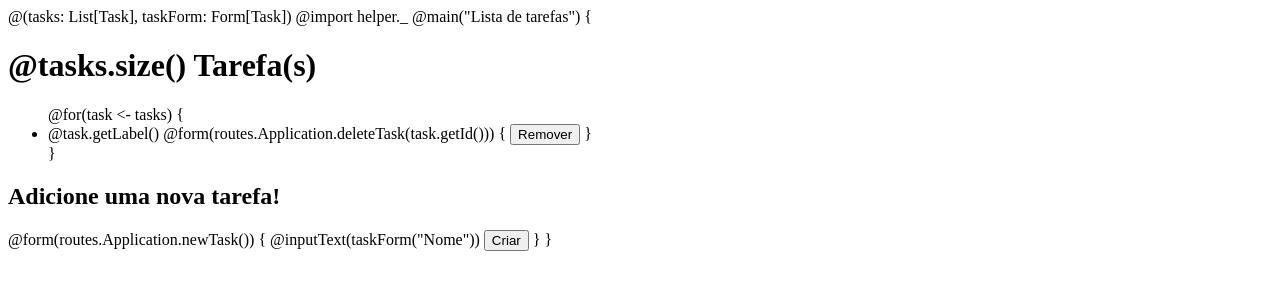
Repository: lcavalcante/si1
Page: lab2/.target/views/index.scala.html
The author's editor kept a copy of each file at every save. The page is drawn from the files as they stood at one save, then again after the next save.
The browser window is 1280 px wide. The pictures show the whole page.

Above is the page before, as saved 2013-11-26 23:47:20.

After the next save:
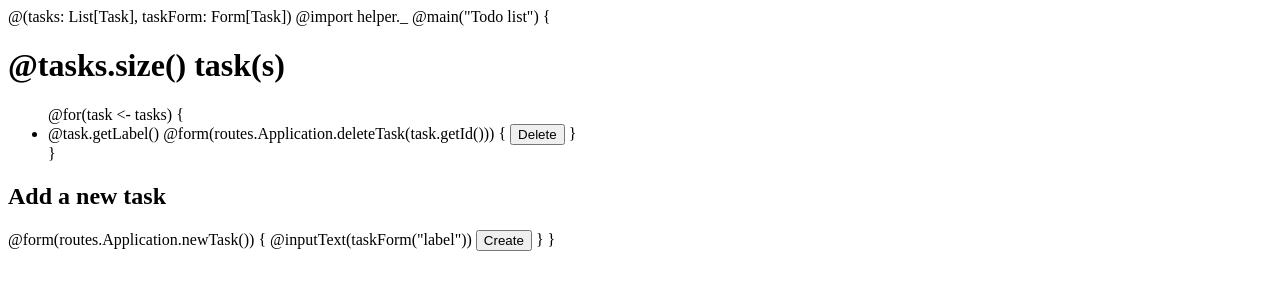
Saved 67 s later.
--- a/lab2/.target/views/index.scala.html
+++ b/lab2/.target/views/index.scala.html
@@ -2,9 +2,9 @@
 
 @import helper._
 
-@main("Lista de tarefas") {
+@main("Todo list") {
 
-    <h1>@tasks.size() Tarefa(s)</h1>
+    <h1>@tasks.size() task(s)</h1>
 
     <ul>
         @for(task <- tasks) {
@@ -12,19 +12,19 @@
                 @task.getLabel()
 
                 @form(routes.Application.deleteTask(task.getId())) {
-                    <input type="submit" value="Remover">
+                    <input type="submit" value="Delete">
                 }
             </li>
         }
     </ul>
 
-    <h2>Adicione uma nova tarefa!</h2>
+    <h2>Add a new task</h2>
 
     @form(routes.Application.newTask()) {
 
-        @inputText(taskForm("Nome"))
+        @inputText(taskForm("label"))
 
-        <input type="submit" value="Criar">
+        <input type="submit" value="Create">
 
     }
 

After the save that followed:
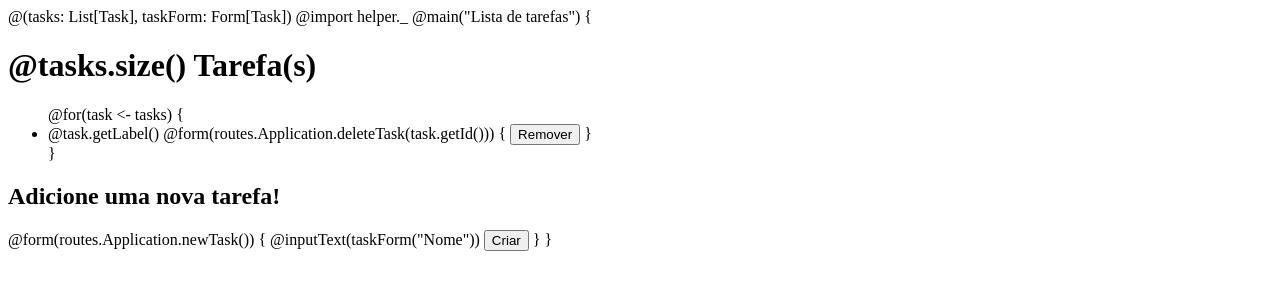
Saved 25 s later.
--- a/lab2/.target/views/index.scala.html
+++ b/lab2/.target/views/index.scala.html
@@ -2,9 +2,9 @@
 
 @import helper._
 
-@main("Todo list") {
+@main("Lista de tarefas") {
 
-    <h1>@tasks.size() task(s)</h1>
+    <h1>@tasks.size() Tarefa(s)</h1>
 
     <ul>
         @for(task <- tasks) {
@@ -12,19 +12,19 @@
                 @task.getLabel()
 
                 @form(routes.Application.deleteTask(task.getId())) {
-                    <input type="submit" value="Delete">
+                    <input type="submit" value="Remover">
                 }
             </li>
         }
     </ul>
 
-    <h2>Add a new task</h2>
+    <h2>Adicione uma nova tarefa!</h2>
 
     @form(routes.Application.newTask()) {
 
-        @inputText(taskForm("label"))
+        @inputText(taskForm("Nome"))
 
-        <input type="submit" value="Create">
+        <input type="submit" value="Criar">
 
     }
 
